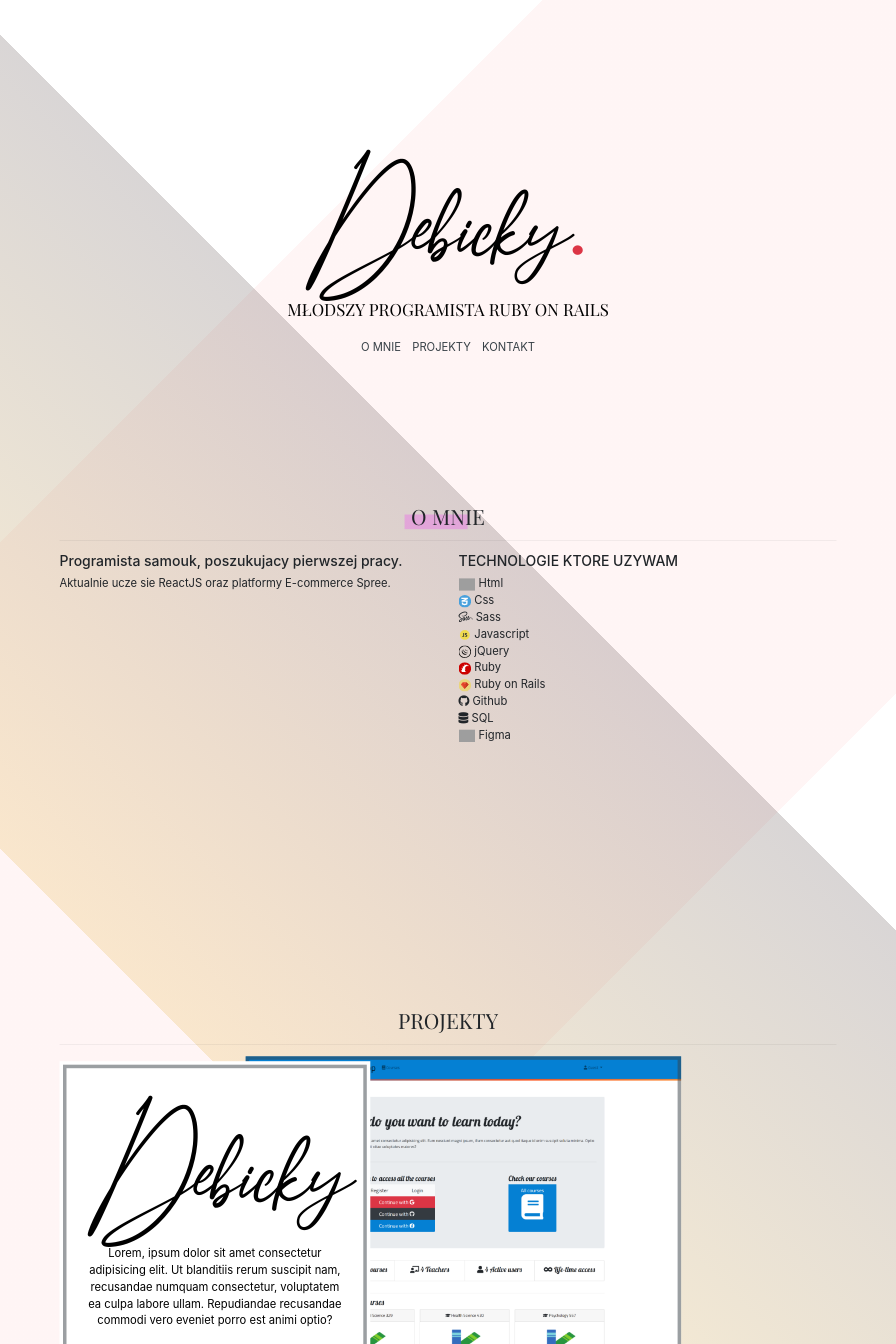
Repository: debicky/debicky.github.io
Page: index.html
An editor plug-in stored every save of this project. The page is shown before and after the next save, followed by the edit.
The browser window is 1280 px wide. The pictures show the part of the page from y = 0 to 1920 px (the page is 4259 px tall before and 6141 px after), at 70% of full size.
Pictures or frames that could not be fetched are drawn as grey boxes. Some web libraries are served in a nearby version.

Above is the page before, as saved 2020-06-14 13:06:53.

After the next save:
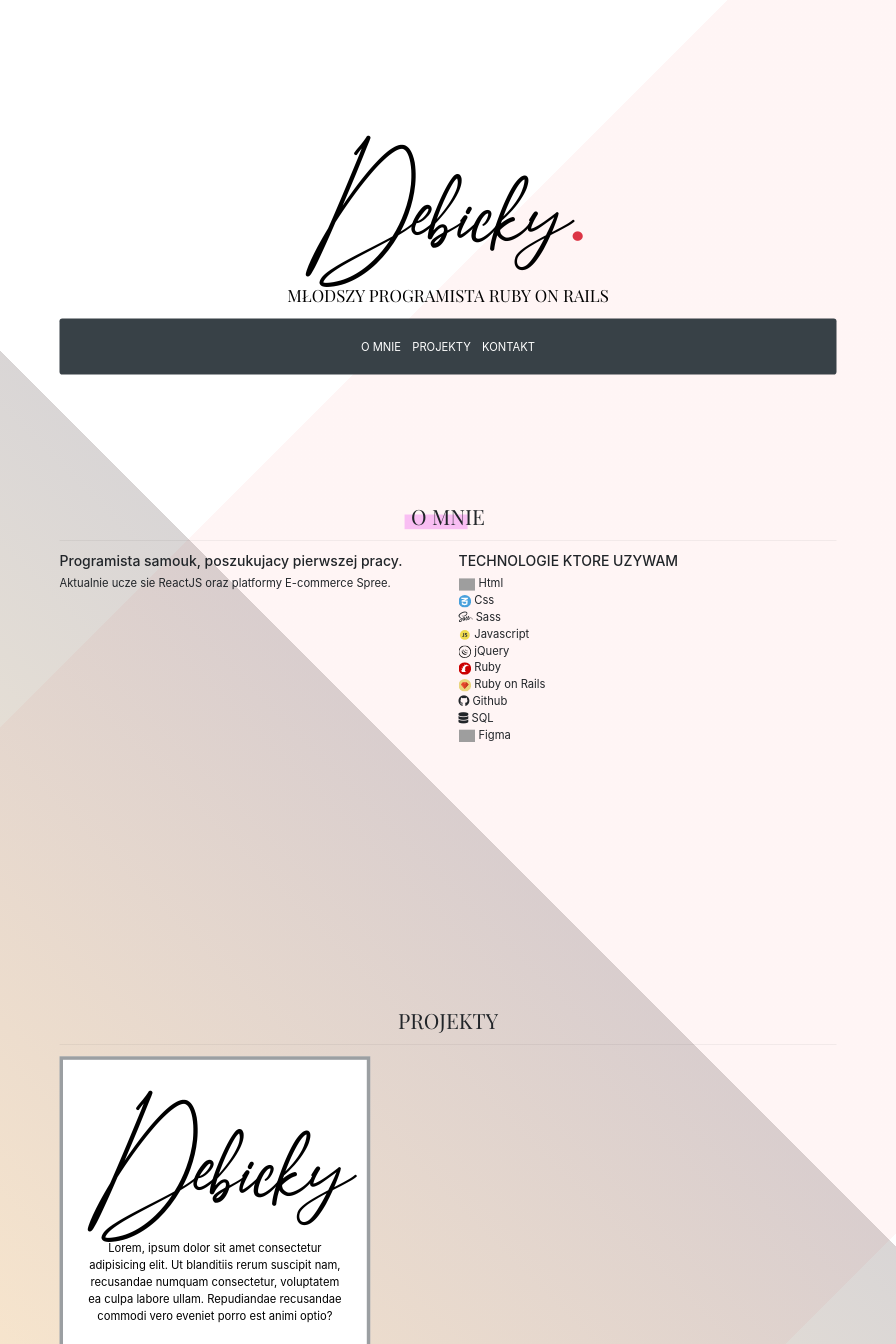
Saved 94 s later.
--- a/styles.css
+++ b/styles.css
@@ -239,6 +239,8 @@ a.text-muted:hover{
   margin: auto;
 }
 
+@keyframes
+
 /* Responsive */
 
 @media screen and (min-width: 768px) {

After the save that followed:
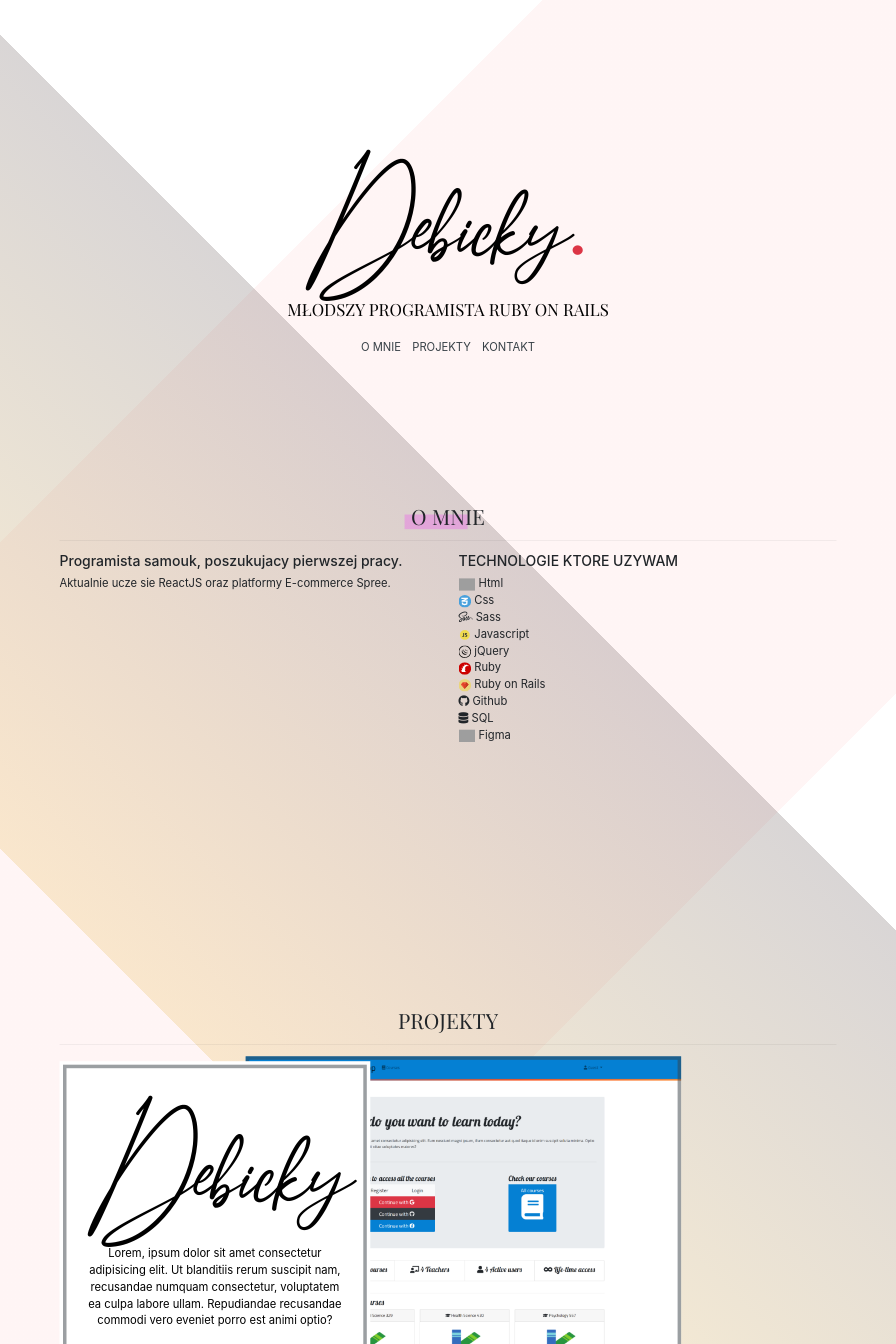
Saved 5 s later.
--- a/styles.css
+++ b/styles.css
@@ -239,7 +239,9 @@ a.text-muted:hover{
   margin: auto;
 }
 
-@keyframes
+@keyframes pulse {
+
+}
 
 /* Responsive */
 
